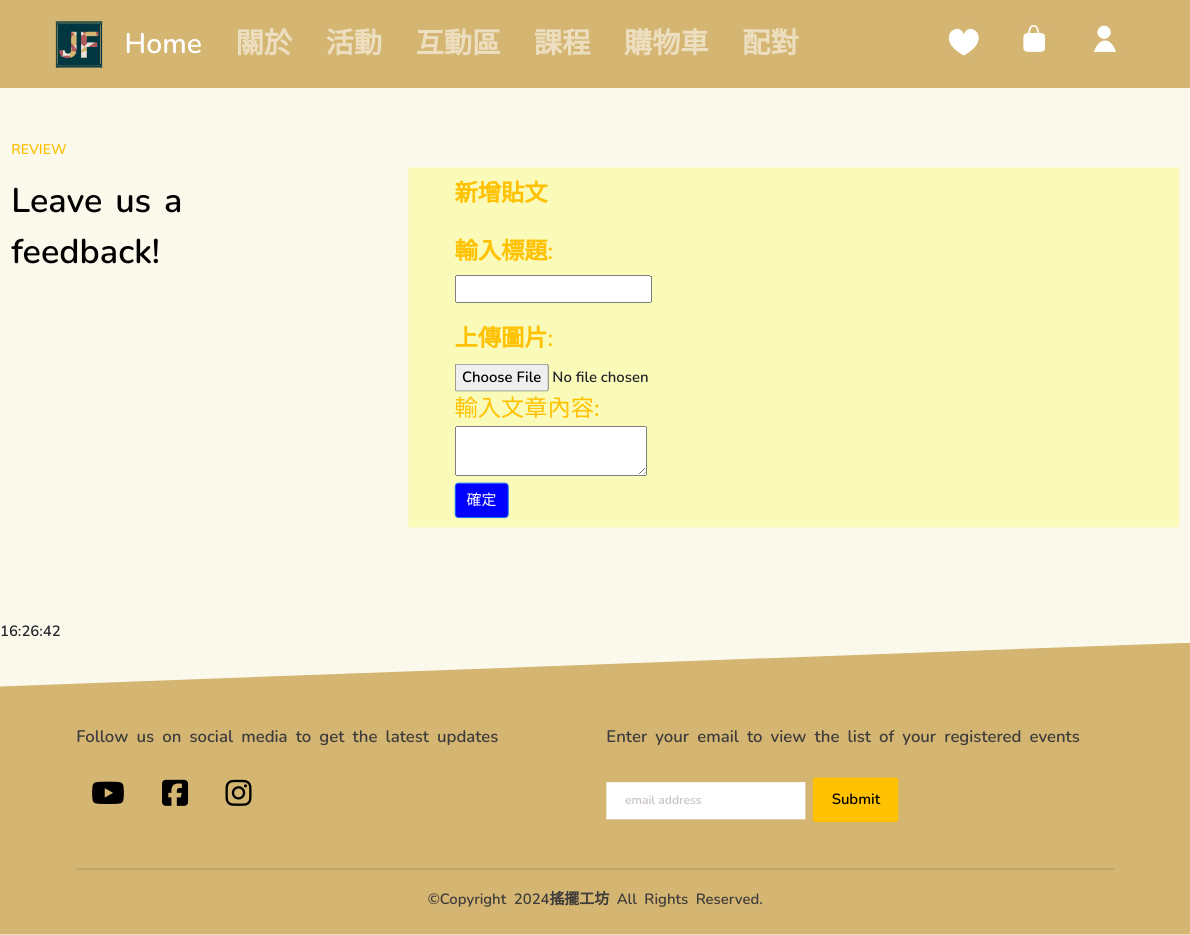
Repository: mmmooonnn0211/project
Page: workspace/demoSpringBoot-1/src/main/resources/static/html/LTInsertFront.html
The author's editor kept a copy of each file at every save. The page is drawn from the files as they stood at one save, then again after the next save.
The browser window is 1280 px wide. The pictures show the whole page, at 93% of full size.
Some web libraries are served in a nearby version.

Above is the page before, as saved 2024-05-09 11:32:44.
Console error: ReferenceError: jQuery is not defined

After the next save:
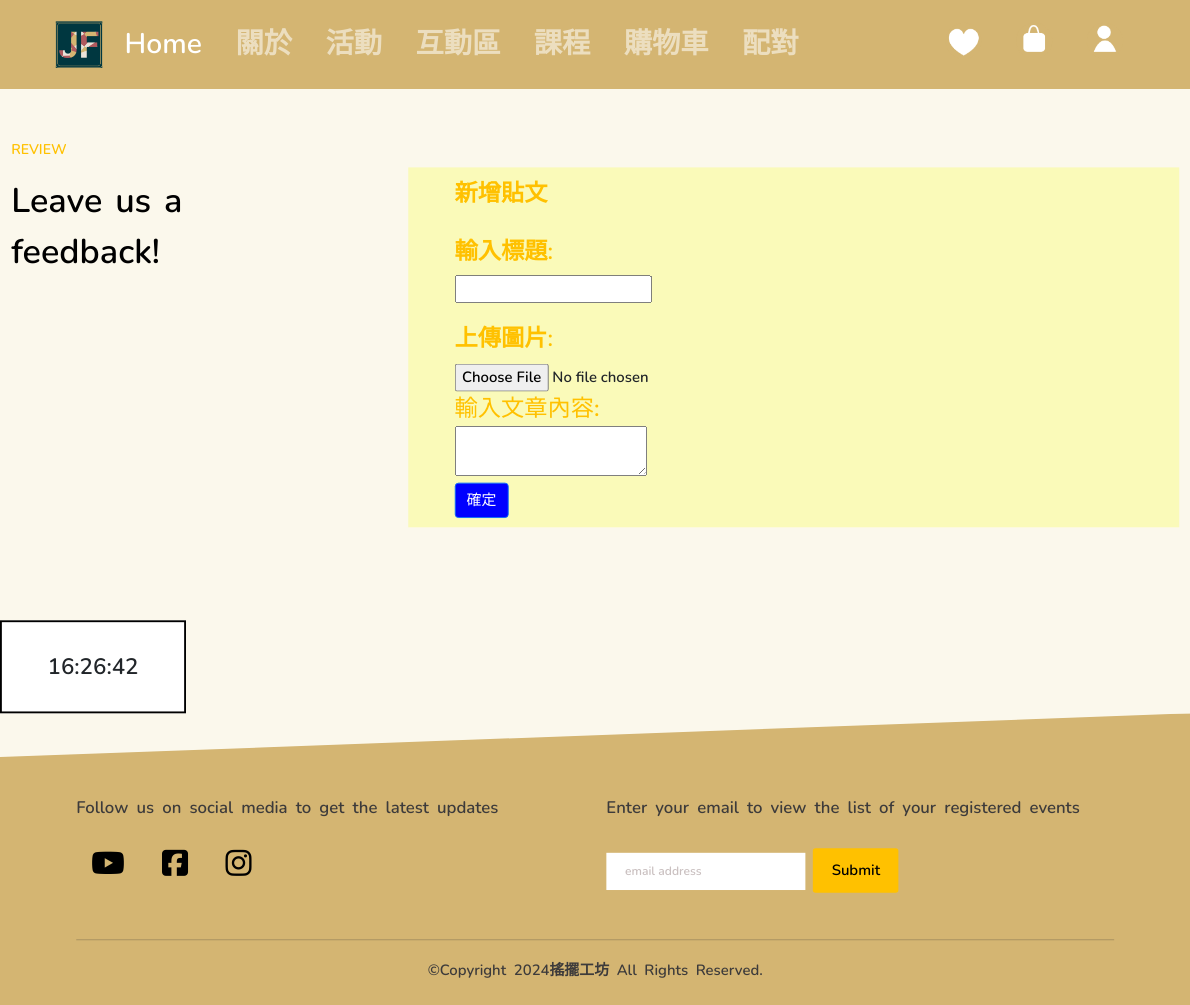
Saved 7 s later.
--- a/workspace/demoSpringBoot-1/src/main/resources/static/html/LTInsertFront.html
+++ b/workspace/demoSpringBoot-1/src/main/resources/static/html/LTInsertFront.html
@@ -11,7 +11,7 @@
 
 		}
 
-		.clock {
+		#clock {
 			width: 200px;
 			height: 100px;
 			border: 2px solid #000;
